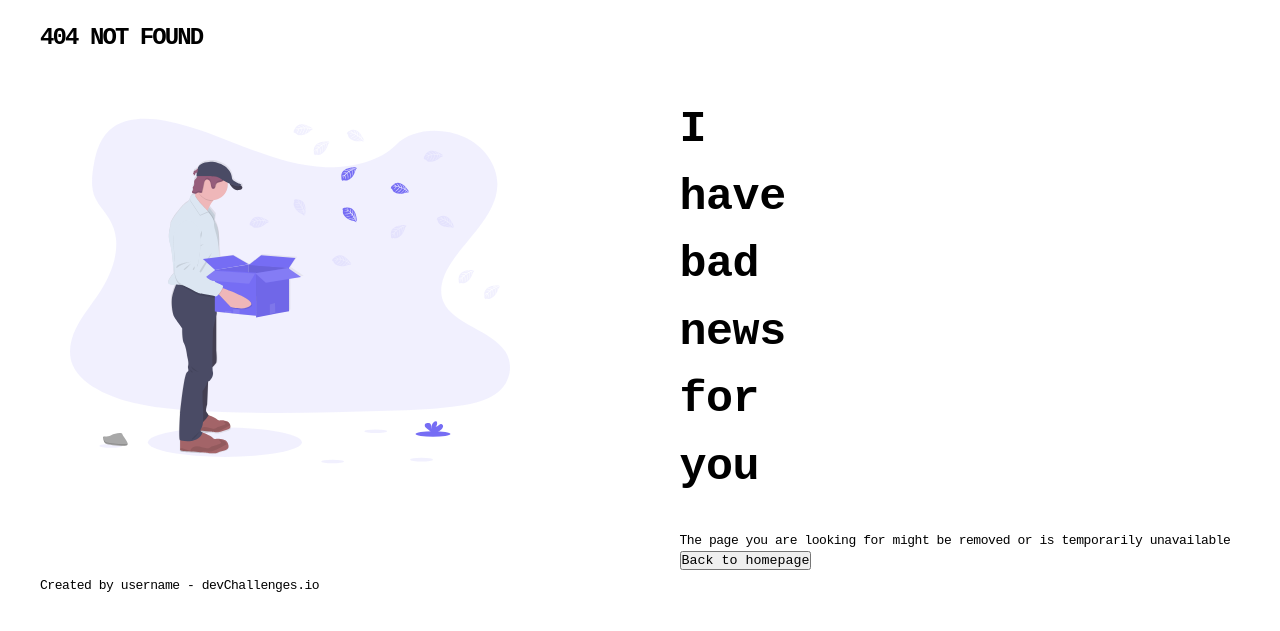
Repository: georgisenze/404-not-found-challeng
Page: index.html
The author's editor kept a copy of each file at every save. The page is drawn from the files as they stood at one save, then again after the next save.
The browser window is 1280 px wide. The pictures show the whole page.

Above is the page before, as saved 2023-02-21 07:08:41.

### index.html
<!DOCTYPE html>
<html lang="en">
<head>
    <meta charset="UTF-8">
    <meta http-equiv="X-UA-Compatible" content="IE=edge">
    <meta name="viewport" content="width=device-width, initial-scale=1.0">
    <title>404 page not found</title>
    <link rel="stylesheet" href="assets/css/style.css">
    <link
      href="https://fonts.googleapis.com/css2?family=Poppins:wght@400;500&display=swap"
      rel="stylesheet"
    />
</head>
<body>
    <div class="main">
        <header>
            <p>404 not found</p>
        </header>

        <div class="container">
            <div class="row">
                <div class="left">
                    <img src="assets/img/404-illustration.svg" alt="">
                </div>
                <div class="rigth">
                    <div class="col-2">
                        <h1>I have bad news for  you</h1>
                    </div>
                    <div class="col-2">
                        <p>The page you are looking for might be removed or is temporarily unavailable</p>
                    </div>
                    <div class="col-2">
                        <button>Back to homepage</button>
                    </div>
                </div>
            </div>
        </div>


        <footer>
            <p>Created by <span>username</span> - devChallenges.io </p>
        </footer>
    </div>
</body>
</html>

### assets/css/style.css
*{
    margin: 0;
    padding: 0;
    font-family: monospace;
}

.main {
    grid-template-rows: auto 1fr auto;
    max-width: 1200px;
    min-height: 100vh;
    margin: 0 auto;
    padding-inline: 24px;
    line-height: 1.5;
    letter-spacing: -0.035em;
}

header p {
    text-transform: uppercase;
    font-weight: 700;
    font-size: 24px;
    padding: 20px 0;
    letter-spacing: -0.08em;
}

.container{
    display: flex;
    justify-content: center;
}

.row{
    display: flex;
    justify-content: space-around;
    height: 500px;
}

.left {
    margin-right: 150px;
}

.left img{
    width: 440px;
    height: 350px;
    float: left;
    padding: 40px 20px;
}

.rigth{
    display: flex;
    flex-direction: column;
    flex-wrap: wrap;
    align-content: space-between;

}

.col-2 h1{
    width: 0px;
    padding-top: 20px;
    font-weight: 700;
    font-size: 45px;
    margin-bottom: 30px;
}

After the next save:
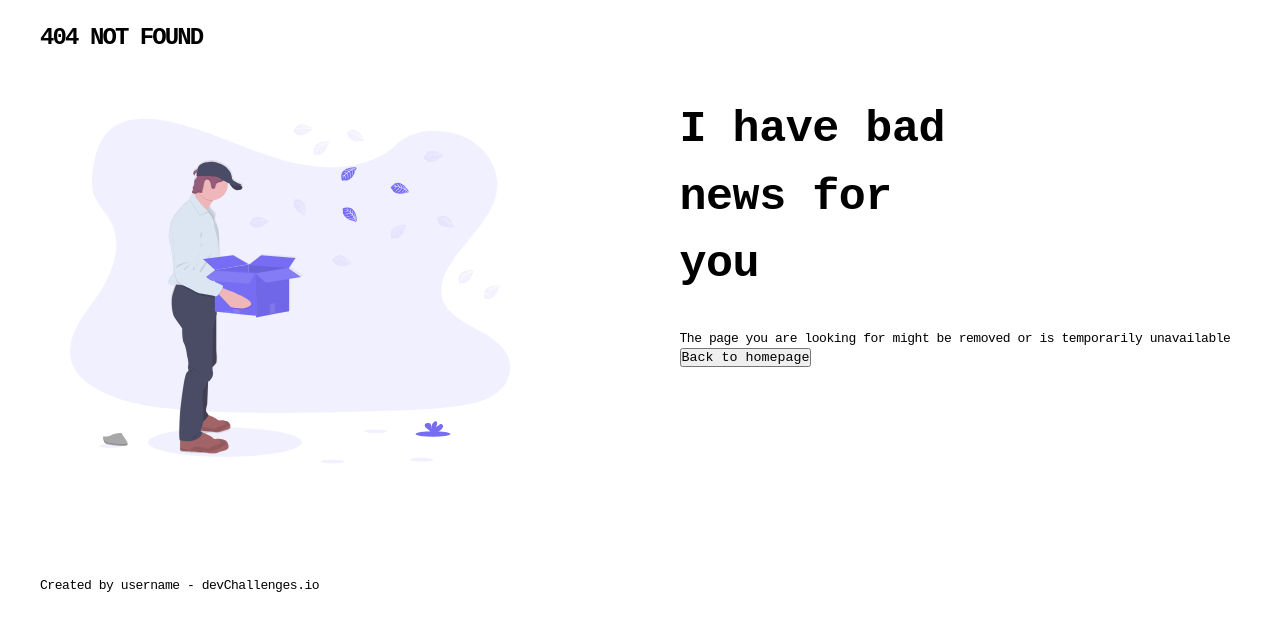
Saved 4 s later.
--- a/assets/css/style.css
+++ b/assets/css/style.css
@@ -53,7 +53,7 @@ header p {
 }
 
 .col-2 h1{
-    width: 0px;
+    width: 300px;
     padding-top: 20px;
     font-weight: 700;
     font-size: 45px;
